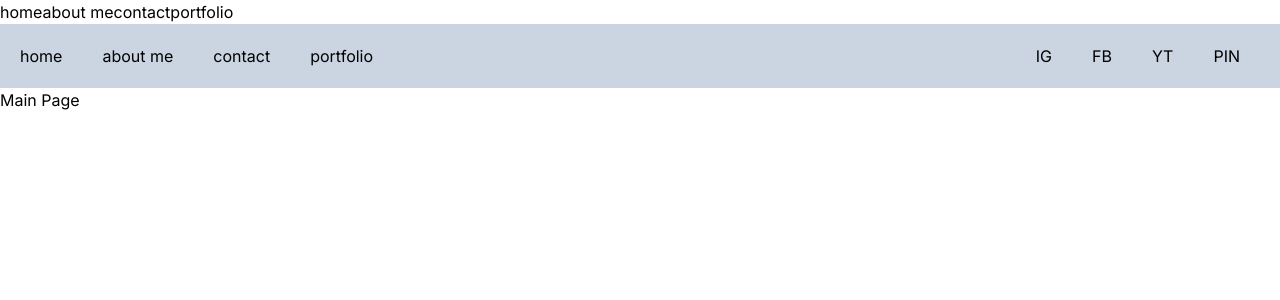
Repository: hubertrh/klaudia-personal-next
Page: /
These files come from the project's save history. The page is drawn as it stood at one moment and after the next save; the edit follows.
The browser window is 1280 px wide. The pictures show the whole page.
The project was rebuilt for these pictures with package versions that can differ from the ones it lists, and the page was loaded fresh each time. The framework's server and built-in components were replaced by stand-ins that run in the browser. Also part of the build but not shown: next.config.js.

Above is the page before, as saved 2023-08-11 11:15:56.

### app/layout.tsx
import './globals.css';
import type { Metadata } from 'next';
import { Inter } from 'next/font/google';
import Link from 'next/link';

const inter = Inter({ subsets: ['latin'] });

export const metadata: Metadata = {
  title: 'Klaudia Rogala-Haracz',
  description: 'Portrait and reportage photography. Based in London.',
};

export default function RootLayout({
  children,
}: {
  children: React.ReactNode;
}) {
  return (
    <html lang="en">
      <body className={inter.className}>
        <header>
          <nav>
            <Link href="#!">home</Link>
            <Link href="#!">about me</Link>
            <Link href="#!">contact</Link>
            <Link href="#!">portfolio</Link>
          </nav>
          <div></div>
        </header>
        {children}
      </body>
    </html>
  );
}

### app/(site)/layout.tsx
import '../globals.css';
import type { Metadata } from 'next';
import { Inter } from 'next/font/google';
import Link from 'next/link';

const inter = Inter({ subsets: ['latin'] });

export const metadata: Metadata = {
  title: 'Klaudia Rogala-Haracz',
  description: 'Portrait and reportage photography. Based in London.',
};

export default function RootLayout({
  children,
}: {
  children: React.ReactNode;
}) {
  return (
    <html lang="en">
      <body className={inter.className}>
        <header className="flex justify-between bg-slate-300 p-5">
          <nav>
            <Link className="nav-link !pr-10" href="#!">
              home
            </Link>
            <Link className="nav-link" href="#!">
              about me
            </Link>
            <Link className="nav-link" href="#!">
              contact
            </Link>
            <Link className="nav-link" href="/portfolio">
              portfolio
            </Link>
          </nav>
          <div>
            <Link
              className="social-icon"
              href="https://www.instagram.com/_klaudiarogala/"
            >
              IG
            </Link>
            <Link
              className="social-icon"
              href="https://www.facebook.com/klaudiarogalaphotographer/"
            >
              FB
            </Link>
            <Link
              className="social-icon"
              href="https://www.youtube.com/channel/UCyVfMWp16X_wYCG9213YOQw/"
            >
              YT
            </Link>
            <Link
              className="social-icon"
              href="https://www.pinterest.com/zuzannnnaa/"
            >
              PIN
            </Link>
            {/* <a class="lang-btn" href="/pl/index.html"><img src="/icons/flag-pl.svg" /></a> */}
          </div>
        </header>
        {children}
      </body>
    </html>
  );
}

### app/(site)/page.tsx
export default function Home() {
  return <div>Main Page</div>;
}

### app/globals.css
@tailwind base;
@tailwind components;
@tailwind utilities;

:root {
  --foreground-rgb: 0, 0, 0;
  --background-rgb: 255, 255, 255;
}

body {
  color: rgb(var(--foreground-rgb));
  background: rgb(var(--background-end-rgb));
}

.nav-link {
  @apply pr-10;
}

.social-icon {
  @apply px-5;
}

Loaded but not shown: tailwind.config.js (common file)

After the next save:
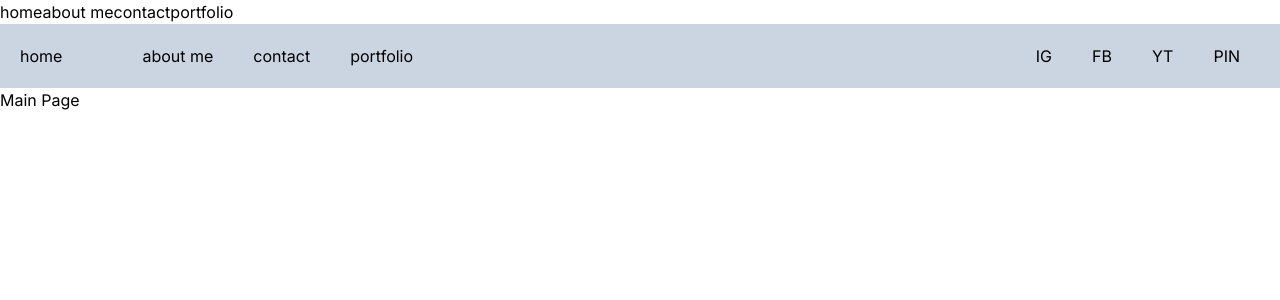
Saved 17 s later.
--- a/app/(site)/layout.tsx
+++ b/app/(site)/layout.tsx
@@ -20,7 +20,7 @@
       <body className={inter.className}>
         <header className="flex justify-between bg-slate-300 p-5">
           <nav>
-            <Link className="nav-link !pr-10" href="#!">
+            <Link className="nav-link !pr-20" href="#!">
               home
             </Link>
             <Link className="nav-link" href="#!">

After the save that followed:
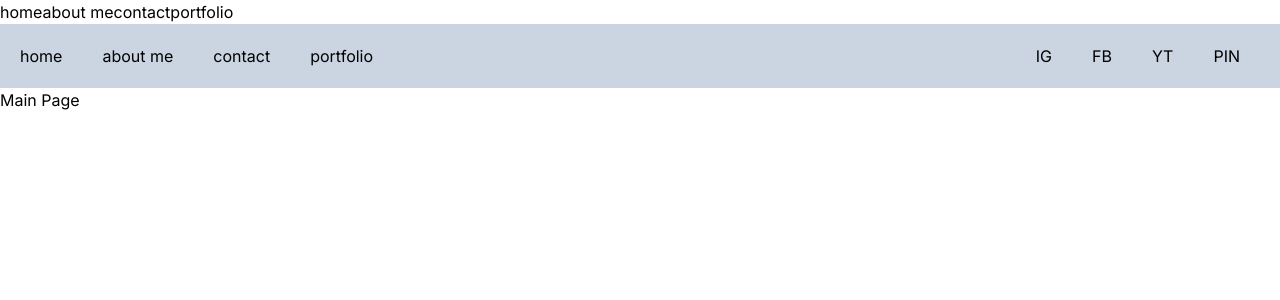
Saved 9 s later.
--- a/app/(site)/layout.tsx
+++ b/app/(site)/layout.tsx
@@ -20,7 +20,7 @@
       <body className={inter.className}>
         <header className="flex justify-between bg-slate-300 p-5">
           <nav>
-            <Link className="nav-link !pr-20" href="#!">
+            <Link className="nav-link !pr-15" href="#!">
               home
             </Link>
             <Link className="nav-link" href="#!">
